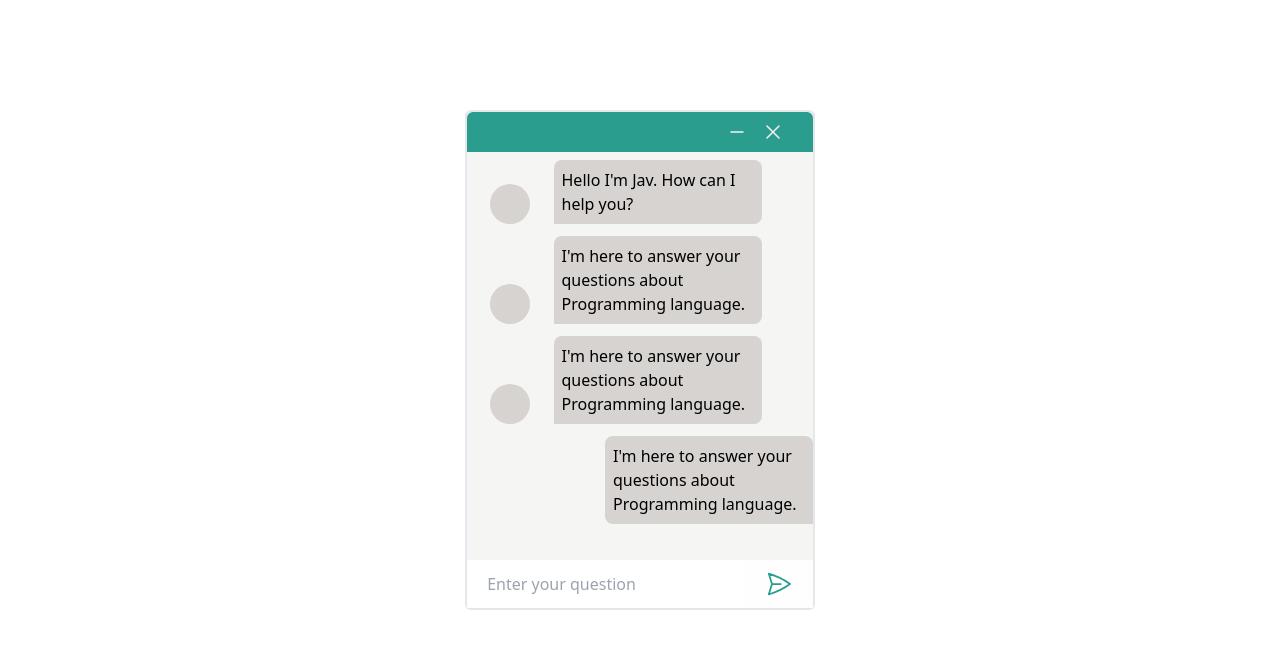
Repository: hsumyatm7308/Chatbot
Page: index.html
An editor plug-in stored every save of this project. The page is shown before and after the next save, followed by the edit.
The browser window is 1280 px wide. The pictures show the whole page.
Some web libraries are served in a nearby version.

Above is the page before, as saved 2023-07-09 12:31:49.

### index.html
<!DOCTYPE html>
<html>

<head>
    <title>Chat Bot</title>
    <script src="https://cdn.tailwindcss.com"></script>
</head>

<body class="bg-[#fffff]">

    <div class="w-screen h-screen flex justify-center items-center   container">
        <div class="w-[350px] h-[500px] bg-[#f4f4f4] border-2 border-b-stone-200 rounded-md relative chatbot-container">
            <div
                class="w-full h-10 text-[#f4f4f4] bg-[#2a9d8f] rounded-tl-md rounded-tr-md flex justify-end items-center">
                <svg xmlns="http://www.w3.org/2000/svg" fill="none" viewBox="0 0 24 24" stroke-width="1.5"
                    stroke="currentColor" class="w-6 h-6 mr-3">
                    <path stroke-linecap="round" stroke-linejoin="round" d="M18 12H6" />
                </svg>

                <svg xmlns="http://www.w3.org/2000/svg" fill="none" viewBox="0 0 24 24" stroke-width="1.5"
                    stroke="currentColor" class="w-6 h-6 mr-7">
                    <path stroke-linecap="round" stroke-linejoin="round" d="M6 18L18 6M6 6l12 12" />
                </svg>

            </div>

            <div class="w-full h-[410px] bg-stone-100 overflow-y-scroll">
                <div class="w-full grid grid-cols-4 flex profile-side mt-2 mb-3">
                    <div class="w-full h-auto flex justify-center items-end">
                        <div class="w-10 h-10 rounded-full bg-stone-300">

                        </div>
                    </div>
                    <div class=" col-span-3">
                        <div class="w-full h-auto ">
                            <div class="w-52 h-full bg-stone-300 rounded-lg rounded-bl-none p-2">
                                <span>Hello I'm Jav. How can I help you?</span>
                            </div>
                        </div>
                    </div>
                </div>


                <div class="w-full grid grid-cols-4 flex profile-side mt-2 mb-3">
                    <div class="w-full h-auto flex justify-center items-end">
                        <div class="w-10 h-10 rounded-full bg-stone-300">

                        </div>
                    </div>
                    <div class=" col-span-3">
                        <div class="w-full h-auto ">
                            <div class="w-52 h-full bg-stone-300 rounded-lg rounded-bl-none p-2">
                                <span>I'm here to answer your questions about Programming language.</span>
                            </div>
                        </div>
                    </div>
                </div>



                <div class="w-full grid grid-cols-4 flex profile-side mt-2 mb-3">
                    <div class="w-full h-auto flex justify-center items-end">
                        <div class="w-10 h-10 rounded-full bg-stone-300">

                        </div>
                    </div>
                    <div class=" col-span-3">
                        <div class="w-full h-auto ">
                            <div class="w-52 h-full bg-stone-300 rounded-lg rounded-bl-none p-2">
                                <span>I'm here to answer your questions about Programming language.</span>
                            </div>
                        </div>
                    </div>
                </div>


                <!-- from cus -->
                <div class="w-full  flex justify-end  profile-side mt-2 mb-3">
                    <div>
                        <div class="w-full h-auto  flex justify-end">
                            <div class="w-52 h-full bg-stone-300 rounded-lg rounded-br-none  p-2">
                                <span>I'm here to answer your questions about Programming language.</span>
                            </div>
                        </div>
                    </div>



                </div>

            </div>




            <div class="w-full h-12 bg-red-100 absolute bottom-0 z-10">
                <form action="" class="w-full h-12 bg-[#fefefe] flex justify-between items-center">
                    <input type="text" class="w-[80%] h-full  rounded-bl-md p-4" placeholder=" Enter your question">

                    <button type="submit" class="mr-5">
                        <svg xmlns="http://www.w3.org/2000/svg" fill="none" viewBox="0 0 24 24" stroke-width="1.5"
                            stroke="currentColor" class="w-7 h-7 text-[#2a9d8f]">
                            <path stroke-linecap="round" stroke-linejoin="round"
                                d="M6 12L3.269 3.126A59.768 59.768 0 0121.485 12 59.77 59.77 0 013.27 20.876L5.999 12zm0 0h7.5" />
                        </svg>

                    </button>
                </form>
            </div>


        </div>


    </div>


</body>

</html>

After the next save:
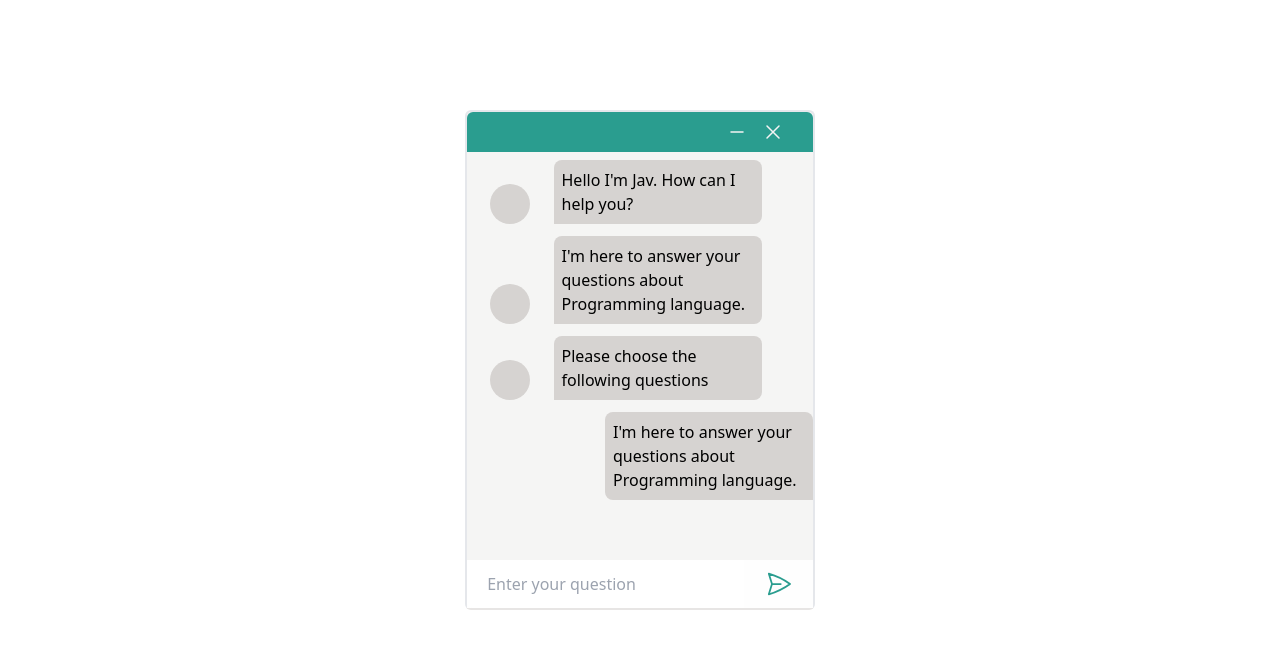
Saved 68 s later.
--- a/index.html
+++ b/index.html
@@ -67,7 +67,12 @@
                     <div class=" col-span-3">
                         <div class="w-full h-auto ">
                             <div class="w-52 h-full bg-stone-300 rounded-lg rounded-bl-none p-2">
-                                <span>I'm here to answer your questions about Programming language.</span>
+                                <span>
+                                    <span>Please choose the following questions</span>
+                                    <ul>
+                                        <li><a href=""></a></li>
+                                    </ul>
+                                </span>
                             </div>
                         </div>
                     </div>
